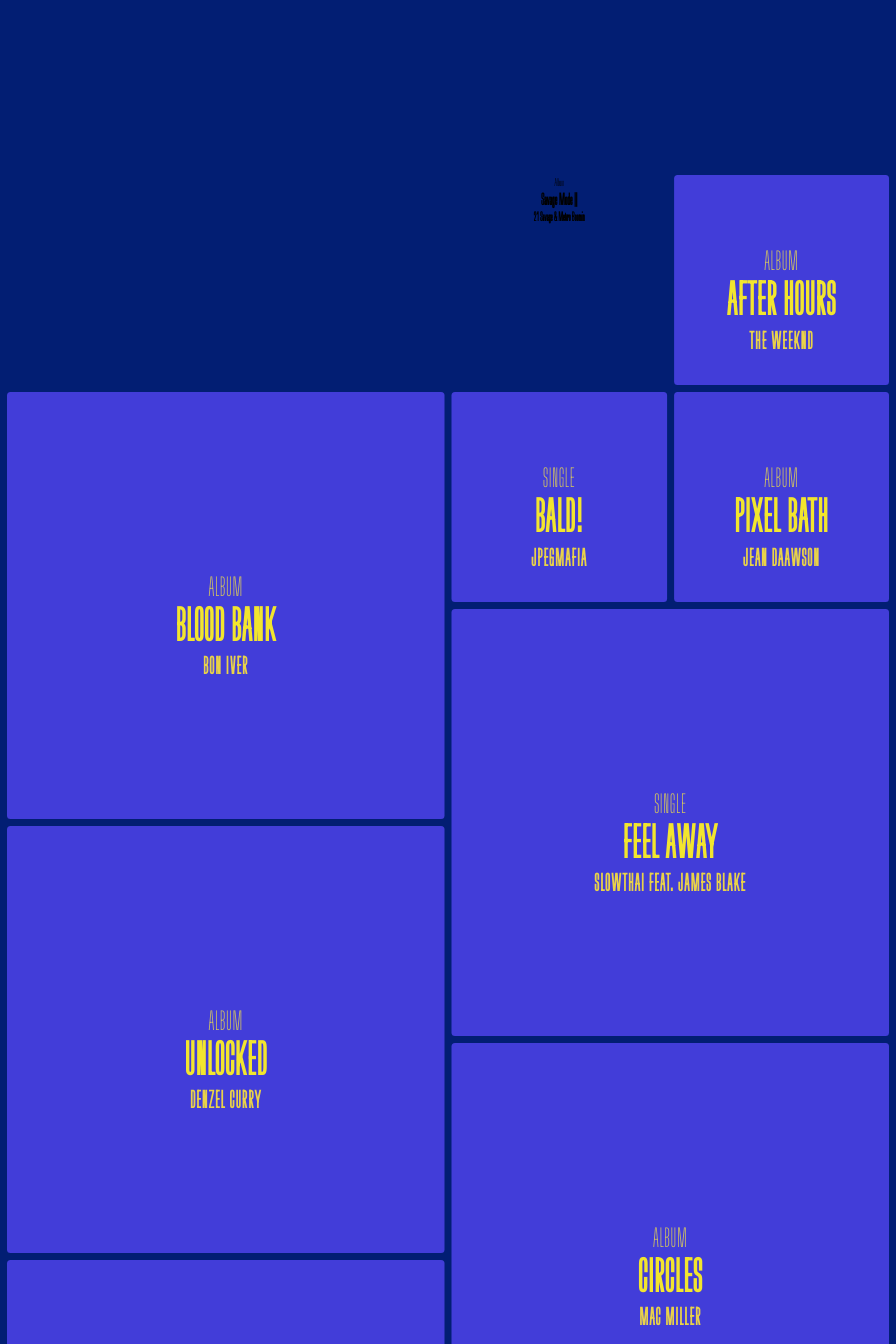
Repository: Spreceriany/musicly2020
Page: /
The author's editor kept a copy of each file at every save. The page is drawn from the files as they stood at one save, then again after the next save.
The browser window is 1280 px wide. The pictures show the part of the page from y = 480 to 2400 px (the page is 6330 px tall), at 70% of full size.
The project was rebuilt for these pictures with package versions that can differ from the ones it lists, and the page was loaded fresh each time.

Above is the page before, as saved 2021-01-12 17:37:48.
Console error: ReferenceError: Blazy is not defined

### index.html
<!doctype html>
<html class="no-js" lang="">

<head>
  <meta charset="utf-8">
  <title></title>
  <meta name="description" content="">
  <meta name="viewport" content="width=device-width, initial-scale=1">

  <meta property="og:title" content="">
  <meta property="og:type" content="">
  <meta property="og:url" content="">
  <meta property="og:image" content="">

  <link rel="manifest" href="site.webmanifest">
  <link rel="apple-touch-icon" href="icon.png">
  <!-- Place favicon.ico in the root directory -->

  <link rel="stylesheet" href="css/main.css">

  <meta name="theme-color" content="#fafafa">
</head>

<body>

  <div class="intro-wrapper">
    <div class="intro-bg" id="intro-bg">

    </div>
    <h3 id="title">
      My favourite albums/singles of <span class="year">2020</span>
    </h3>
    <p id="title-desc">
      A collection of music I've been listening to throughout the year
    </p>
  </div>

  <div class="grid-layout">
    <a href="" class="class="grid-item grid-item-1"">

      <div class="image-container data-tilt-max-glare="0.9"">
        <a href="">
          <img data-src="img/21savage.jpg" class="b-lazy" alt="image">
        </a>
      </div>
      <div class="album-disc">

          <p>Album</p>
          <h2>Savage Mode ||</h2>
          <h3>21 Savage & Metro Boomin</h3>

      </div>

  </a>
    <div class="grid-item grid-item-2 ">
      <div class="image-container">
        <a href="">
        <img data-src="img/Weekend-After-Hours-p.jpg" alt="image" class="b-lazy">
      </a>
      </div>
      <div class="album-disc">
        <a href="">
        <p>Album</p>
        <h2>After Hours</h2>
        <h3>The Weeknd</h3>
      </a>
      </div>
    </div>
    <div class="grid-item span-2 grid-item-3">
      <div class="image-container">
        <a href="">
        <img data-src="img/bon-iver.jpg"  class="b-lazy" alt="image" >
      </a>
      </div>
      <div class="album-disc">
        <a href=""></a>
        <p>Album</p>
        <h2>Blood Bank</h2>
        <h3>Bon Iver</h3>
      </a>
      </div>
    </div>
    <div class="grid-item grid-item-4">
      <div class="image-container">
        <a href="">
        <img data-src="img/jpegmafia.jpg" class="b-lazy"  alt="image" >
      </a>
      </div>
      <div class="album-disc">
        <a href="">
        <p>Single</p>
        <h2>BALD!</h2>
        <h3>JPEGMAFIA</h3>
        </a>
      </div>
    </div>
    <div class="grid-item span-2 grid-item-5">
      <div class="image-container">
        <a href="">
        <img data-src="img/slowthai-feel-away.jpg" class="b-lazy" alt="image" >
      </a>
      </div>
      <div class="album-disc">
        <a href="">
        <p>Single</p>
        <h2>Feel Away</h2>
        <h3>Slowthai feat. James Blake</h3>
      </a>
      </div>
    </div>
    <div class="grid-item grid-item-6">
      <div class="image-container">
        <a href="">
        <img data-src="img/dawson.jpg" class="b-lazy"  alt="image" >
      </a>
      </div>
      <div class="album-disc">
        <a href="">
        <p>Album</p>
        <h2>Pixel Bath</h2>
        <h3>Jean Daawson</h3>
      </a>
      </div>
    </div>
    <div class="grid-item span-2 grid-item-7">
      <div class="image-container">
        <a href="">
        <img data-src="img/denzel.jpg" class="b-lazy"  alt="image" >
      </a>
      </div>
      <div class="album-disc">
        <a href="">
        <p>Album</p>
        <h2>UNLOCKED</h2>
        <h3>Denzel Curry</h3>
      </a>
      </div>
    </div>
    <div class="grid-item span-2 grid-item-8">
      <div class="image-container">
        <a href="">
        <img data-src="img/circles.jpeg" class="b-lazy" alt="image" >
      </a>
      </div>
      <div class="album-disc">
        <a href="">
        <p>Album</p>
        <h2>Circles</h2>
        <h3>Mac Miller</h3>
      </a>
      </div>
    </div>
    <div class="grid-item span-2 grid-item-9">

      <div class="image-container">
        <a href="">
        <img data-src="img/tame_impala.jpg" class="b-lazy" alt="image" >
      </a>
      </div>
      <div class="album-disc">
        <a href="">
        <p>Album</p>
        <h2>Slow Rush</h2>
        <h3>Tame Impala</h3>
      </a>
      </div>
    </div>
    <div class="grid-item grid-item-10">

      <div class="image-container">
        <a href="">
         <img data-src="img/berwyn.jpg" class="b-lazy" alt="image" >
        </a>
      </div>
      <div class="album-disc">
        <a href="">
        <p>Album</p>
        <h2>Demotape/Vega</h2>
        <h3>Berwyn</h3>
      </a>
      </div>

    </div>
    <div class="grid-item grid-item-11 span-2">
      <div class="image-container">
        <a href="">
        <img data-src="img/clams_casino.jpg" class="b-lazy" alt="image" >
      </a>
      </div>
      <div class="album-disc">
        <a href="">
        <p>Album</p>
        <h2>Intrumental Relics</h2>
        <h3>Clams Casino</h3>
      </a>
      </div>
    </div>
    <div class="grid-item span-2 grid-item-12">
      <div class="image-container">
        <a href="">
        <img data-src="img/gorillaz.jpg" class="b-lazy" alt="image" >
      </a>
      </div>
      <div class="album-disc">
        <a href="">
        <p>Album</p>
        <h2>Song Machine, Season One:Strange Timez</h2>
        <h3>Gorillaz</h3>
      </a>
      </div>
    </div>
    <div class="grid-item  grid-item-13">
      <div class="image-container">
        <a href="">
        <img data-src="img/dearapril.jpg" class="b-lazy" alt="image" >
      </a>
      </div>
      <div class="album-disc">
        <a href="">
        <p>Single</p>
        <h2>Dear April</h2>
        <h3>Frank Ocean</h3>
      </a>
      </div>
    </div>
    <div class="grid-item grid-item-14">
      <div class="image-container">
        <a href="">
        <img data-src="img/frank_cayendo.jpg" class="b-lazy"  alt="image" >
      </a>
      </div>
      <div class="album-disc">
        <a href="">
        <p>Single</p>
        <h2>Cayendo</h2>
        <h3>Frank Ocean</h3>
      </a>
      </div>
    </div>
    <div class="grid-item grid-item-15">
      <div class="image-container">
        <a href="">
        <img data-src="img/guapdad.png" class="b-lazy" alt="image" >
      </a>
      </div>
      <div class="album-disc">
        <a href="">
        <p>Single</p>
        <h2>Lil Scammer That Could</h2>
        <h3>Guapdad 4000 feat. Denzel Curry</h3>
      </a>
      </div>
    </div>
    <div class="grid-item grid-item-16">
      <div class="image-container">
        <a href="">
        <img data-src="img/headie.jpg" class="b-lazy" alt="image" >
      </a>
      </div>
      <div class="album-disc">
        <a href="">
        <p>Album</p>
        <h2>GANG</h2>
        <h3>Headie One</h3>
      </a>
      </div>
    </div>
    <div class="grid-item span-3 grid-item-17">
      <div class="image-container">
        <a href="">
        <img data-src="img/james-blake.jpg" class="b-lazy" alt="image" >
      </a>
      </div>
      <div class="album-disc">
        <a href="">
        <p>Ep</p>
        <h2>Covers</h2>
        <h3>James Blake</h3>
      </a>
      </div>
    </div>
    <div class="grid-item grid-item-18">
      <div class="image-container">
        <a href="">
        <img data-src="img/jme.jpg" class="b-lazy" alt="image" >
      </a>
      </div>
      <div class="album-disc">
        <a href="">
        <p>Album</p>
        <h2>Grime MC</h2>
        <h3>JME</h3>
      </a>
      </div>
    </div>
    <div class="grid-item grid-item-19">
      <div class="image-container">
        <a href="">
        <img data-src="img/kenny.jpg" class="b-lazy" alt="image" >
      </a>
      </div>
      <div class="album-disc">
        <a href="">
        <p>Single</p>
        <h2>Angelic Hoodrat</h2>
        <h3>Kenny Mason</h3>
      </a>
      </div>
    </div>

    <div class="grid-item  grid-item-21">
      <div class="image-container">
        <a href="">
        <img data-src="img/mick.png" class="b-lazy" alt="image" >
      </a>
      </div>
      <div class="album-disc">
        <a href="">
        <p>Album</p>
        <h2>The Circus</h2>
        <h3>Mick Jenkins</h3>
      </a>
      </div>

    </div>
    <div class="grid-item span-2 grid-item-20">
      <div class="image-container">
        <a href="">
        <img data-src="img/limbo_amine.jpg" class="b-lazy" alt="image" >
      </a>
      </div>
      <div class="album-disc">
        <a href="">
        <p>Album</p>
        <h2>Limbo</h2>
        <h3>Amine</h3>
      </a>
      </div>
    </div>
    <div class="grid-item span-2 grid-item-22">
      <div class="image-container">
        <a href="">
        <img data-src="img/moses.jpg" class="b-lazy" alt="image" >
      </a>
      </div>
      <div class="album-disc">
        <a href="">
        <p>Album</p>
        <h2>grae</h2>
        <h3>Moses Sumney</h3>
      </a>
      </div>
    </div>
    <div class="grid-item grid-item-23">
      <div class="image-container">
        <a href="">
        <img data-src="img/mustafa.png" class="b-lazy" alt="image" >
      </a>
      </div>
      <div class="album-disc">
        <a href="">
        <p>Single</p>
        <h2>Air Forces</h2>
        <h3>Mustafa</h3>
      </a>
      </div>
    </div>
    <div class="grid-item grid-item-24">
      <div class="image-container">
        <a href="">
        <img data-src="img/platinum falcon.jpg" class="b-lazy" alt="image" >
      </a>
      </div>
      <div class="album-disc">
        <a href="">
        <p>Album</p>
        <h2>Platinum Falcon</h2>
        <h3>Guapdad 4000</h3>
      </a>
      </div>
    </div>
    <div class="grid-item span-2 grid-item-25">
      <div class="image-container">
        <a href="">
        <img data-src="img/motm3.jpg" class="b-lazy" alt="image" >
      </a>
      </div>
      <div class="album-disc">
        <a href="">
        <p>Album</p>
        <h2>Man on the Moon 3</h2>
        <h3>Kid Cudi</h3>
      </a>
      </div>
    </div>
    <div class="grid-item  grid-item-26">
      <div class="image-container">
        <a href="">
        <img data-src="img/yung_lean.png" class="b-lazy"   alt="image" >
      </a>
      </div>
      <div class="album-disc">
        <a href="">
        <p>Album</p>
        <h2>Starz</h2>
        <h3>Yung Lean</h3>
      </a>
      </div>
    </div>
    <div class="grid-item  grid-item-26">
      <div class="image-container">
        <a href="">
        <img data-src="img/tobi.jpg" class="b-lazy"  alt="image" >
      </a>
      </div>
      <div class="album-disc">
        <a href="">
        <p>EP</p>
        <h2>LINGO STARR</h2>
        <h3>tobi lou</h3>
      </a>
      </div>
    </div>
    <div class="grid-item  grid-item-26">
      <div class="image-container">
        <a href="">
        <img data-src="img/whiterose.jpg" class="b-lazy"  alt="image" >
      </a>
      </div>
      <div class="album-disc">
        <a href="">
        <p>Album</p>
        <h2>white ceiling</h2>
        <h3>whiterosemoxie</h3>
      </a>
      </div>
    </div>
    <div class="grid-item span-2 grid-item-26">
      <div class="image-container">
        <a href="">
        <img data-src="img/spiligion.png" class="b-lazy" alt="image" >
      </a>
      </div>
      <div class="album-disc">
        <a href="">
        <p>Album</p>
        <h2>Spligion</h2>
        <h3>Spillage Village</h3>
      </a>
      </div>
    </div>
    <div class="grid-item  grid-item-26">
      <div class="image-container">
        <a href="">
        <img data-src="img/kota.jpg" class="b-lazy" alt="image" >
      </a>
      </div>
      <div class="album-disc">
        <a href="">
        <p>Album</p>
        <h2>EVERYTHING</h2>
        <h3>Kota the Friend</h3>
      </a>
      </div>
    </div>
    <div class="grid-item  grid-item-26">
      <div class="image-container">
        <a href="">
        <img data-src="img/rapper-weed.jpg" class="b-lazy" alt="image" >
      </a>
      </div>
      <div class="album-disc">
        <a href="">
        <p>Single</p>
        <h2>Rapper Weed</h2>
        <h3>SiR</h3>
      </a>
      </div>
    </div>
    <div class="grid-item span-2 grid-item-27">
      <div class="image-container">
        <a href="">
        <img data-src="img/strokes.jpg" class="b-lazy"  alt="image" >
      </a>
      </div>
      <div class="album-disc">
        <a href="">
        <p>Album</p>
        <h2>The New Abnormal</h2>
        <h3>The Strokes</h3>
      </a>
      </div>
    </div>



  </div>




  <script src="js/vendor/modernizr-3.11.2.min.js"></script>
  <script src="js/plugins.js"></script>
  <script defer src="js/main.js"></script>
  <script src="js/blazy.js"></script>
  <script src="js/gsap-public/gsap-public/minified/gsap.min.js"></script>
  <script src="js/vanilla-tilt.min.js"></script>
  <!-- Google Analytics: change UA-XXXXX-Y to be your site's ID. -->
  <script>
    var blazy = new Blazy({
      offset:400
    });
  </script>

  <script type="text/javascript">
    VanillaTilt.init(document.querySelector(".image-container"), {
      max: 10,
      speed: 700,
      glare:true
    });

    //It also supports NodeList
    VanillaTilt.init(document.querySelectorAll(".image-container"));
  </script>

  <script src="https://www.google-analytics.com/analytics.js" async></script>
</body>

</html>

### css/main.css
@font-face {
  font-family: "Gt Flexa";
  src: url("../css/GT Flexa Regular.ttf");
}

* {
  -webkit-box-sizing: border-box;
          box-sizing: border-box;
  padding: 0;
  margin: 0;
}

body {
  font-family: "GT Flexa";
  -webkit-font-smoothing: antialiased;
  -moz-osx-font-smoothing: grayscale;
}

.grid-layout {
  display: -ms-grid;
  display: grid;
  -ms-grid-columns: (minmax(300px, 1fr))[auto-fill];
      grid-template-columns: repeat(auto-fill, minmax(300px, 1fr));
  grid-gap: 10px;
  grid-auto-rows: minmax(300px, auto);
  grid-auto-flow: dense;
  padding: 10px;
  background-color: #021E73;
}

.grid-item {
  display: -ms-grid;
  display: grid;
  padding: 1rem;
  font-size: 40px;
  background-color: #423DD9;
  height: 100%;
  color: #929796;
  border-radius: 5px;
}

.grid-item h2 {
  color: #F2E52E;
  text-transform: uppercase;
  letter-spacing: 2px;
  margin-top: -12px;
  font-size: 4.2rem;
}

.grid-item h3 {
  color: #E9D249;
  text-transform: uppercase;
  letter-spacing: 2px;
  font-size: 2.2rem;
  font-weight: 700;
}

.grid-item p {
  text-transform: uppercase;
  letter-spacing: 1px;
  color: #cabc69;
}

.span-2 {
  -ms-grid-column-span: 2;
      grid-column-end: span 2;
  -ms-grid-row-span: 2;
      grid-row-end: span 2;
}

@media (max-width: 646px) {
  .grid-layout {
    -ms-grid-columns: 1fr;
        grid-template-columns: 1fr;
  }
  .span-2 {
    grid-column-end: auto;
    grid-row-end: auto;
  }
}

img {
  width: 100%;
  height: auto;
}

.image-container {
  width: 100%;
}

.image-container img {
  -o-object-fit: cover;
     object-fit: cover;
  -webkit-box-shadow: 7px 4px 8px 0px rgba(0, 0, 0, 0.63);
  box-shadow: 7px 4px 8px 0px rgba(0, 0, 0, 0.63);
  -webkit-transition: -webkit-transform .7s ease, -webkit-box-shadow .7s ease;
  transition: -webkit-transform .7s ease, -webkit-box-shadow .7s ease;
  transition: transform .7s ease, box-shadow .7s ease;
  transition: transform .7s ease, box-shadow .7s ease, -webkit-transform .7s ease, -webkit-box-shadow .7s ease;
}

.album-disc {
  width: 100%;
  position: relative;
  display: -webkit-box;
  display: -ms-flexbox;
  display: flex;
  -webkit-box-orient: vertical;
  -webkit-box-direction: normal;
      -ms-flex-direction: column;
          flex-direction: column;
  -webkit-box-align: center;
      -ms-flex-align: center;
          align-items: center;
  -webkit-transition: opacity .7s ease, -webkit-transform .7s ease;
  transition: opacity .7s ease, -webkit-transform .7s ease;
  transition: opacity .7s ease, transform .7s ease;
  transition: opacity .7s ease, transform .7s ease, -webkit-transform .7s ease;
}

.album-disc a {
  -ms-flex-item-align: center;
      -ms-grid-row-align: center;
      align-self: center;
  text-decoration: none;
  text-align: center;
  position: relative;
}

.intro-wrapper {
  width: 100%;
  min-height: 100vh;
  background-color: #021E73;
  display: -ms-grid;
  display: grid;
  z-index: 10;
  padding: 40px;
  background-position: left;
  place-content: center;
  position: relative;
}

@media only screen and (max-width: 996px) {
  .intro-wrapper .intro-wrapper {
    background-position: right center;
  }
}

.intro-wrapper h3 {
  opacity: 0;
  font-weight: 700;
  text-transform: uppercase;
  color: #F2E52E;
  letter-spacing: 3px;
  font-size: max(11vw, 5rem);
}

@media (max-width: 556px) {
  .intro-wrapper h3, .intro-wrapper p {
    line-height: 94%;
  }
}

.intro-wrapper p {
  font-size: max(5vw, 3rem);
  color: #E9D249;
  letter-spacing: 2px;
  line-height: 45px;
  opacity: 0;
}

.intro-wrapper .intro-bg {
  position: absolute;
  width: 100%;
  height: 100%;
  background-image: url("../img/Sluchatka.png");
  background-size: cover;
  background-repeat: no-repeat;
  z-index: -1;
  opacity: 0;
}

.year {
  color: #021E73;
  text-shadow: 1px 0 0 #F2E52E, 0 1px 0 #F2E52E, -1px 0 0 #F2E52E, 0 -1px 0 #F2E52E;
}

.b-lazy {
  -webkit-transition: opacity 500ms ease-in-out;
  transition: opacity 500ms ease-in-out;
  max-width: 100%;
  opacity: 0;
}

.b-lazy.b-loaded {
  opacity: 1;
}

.grid-item:hover .image-container img {
  -webkit-transform: scale(1.02);
          transform: scale(1.02);
  -webkit-box-shadow: 5px 3px 30px 9px #000000;
  box-shadow: 0px 14px 43px 6px #000000;
}

.grid-item:hover .album-disc {
  -webkit-transform: scale(0.9);
          transform: scale(0.9);
  opacity: 0.8;
}
/*# sourceMappingURL=main.css.map */

### js/plugins.js
// Avoid `console` errors in browsers that lack a console.
(function() {
  var method;
  var noop = function () {};
  var methods = [
    'assert', 'clear', 'count', 'debug', 'dir', 'dirxml', 'error',
    'exception', 'group', 'groupCollapsed', 'groupEnd', 'info', 'log',
    'markTimeline', 'profile', 'profileEnd', 'table', 'time', 'timeEnd',
    'timeline', 'timelineEnd', 'timeStamp', 'trace', 'warn'
  ];
  var length = methods.length;
  var console = (window.console = window.console || {});

  while (length--) {
    method = methods[length];

    // Only stub undefined methods.
    if (!console[method]) {
      console[method] = noop;
    }
  }
}());

// Place any jQuery/helper plugins in here.

### js/main.js
const timeline = gsap.timeline({defaults: {duration:1}})

timeline
    .to('#intro-bg',{scale:1,opacity:1,duration:2})
    .to('#title',{opacity:1})
    .to('#title-desc',{opacity:1})

Loaded but not shown: js/vendor/modernizr-3.11.2.min.js (library); js/gsap-public/gsap-public/minified/gsap.min.js (library); js/vanilla-tilt.min.js (library); js/blazy.js (370 lines, source omitted)

After the next save:
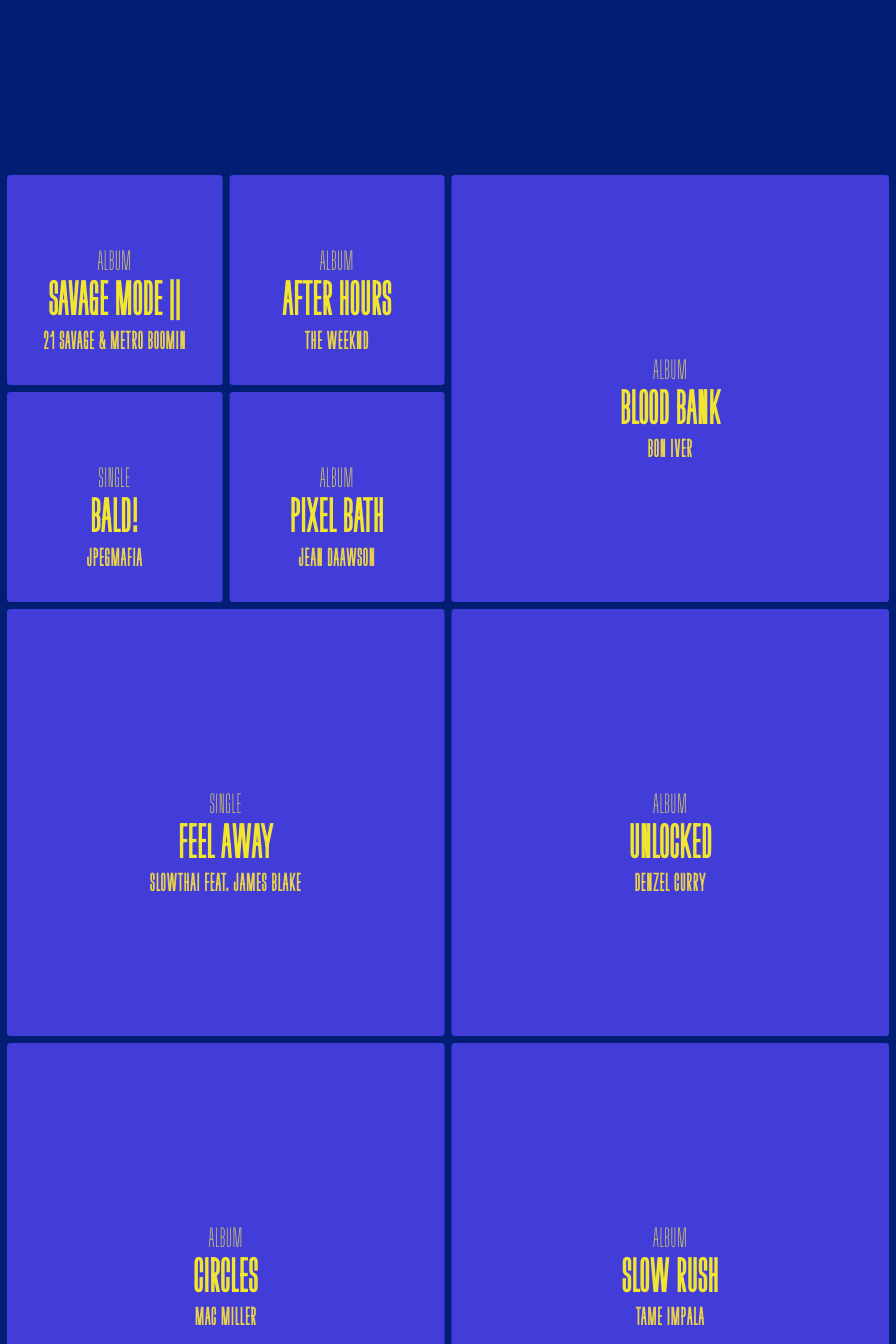
Saved 16 s later.
--- a/index.html
+++ b/index.html
@@ -36,8 +36,7 @@
   </div>
 
   <div class="grid-layout">
-    <a href="" class="class="grid-item grid-item-1"">
-
+    <div class="grid-item grid-item-1">
       <div class="image-container data-tilt-max-glare="0.9"">
         <a href="">
           <img data-src="img/21savage.jpg" class="b-lazy" alt="image">
@@ -48,10 +47,9 @@
           <p>Album</p>
           <h2>Savage Mode ||</h2>
           <h3>21 Savage & Metro Boomin</h3>
-
-      </div>
-
-  </a>
+        </a>
+      </div>
+    </div>
     <div class="grid-item grid-item-2 ">
       <div class="image-container">
         <a href="">
